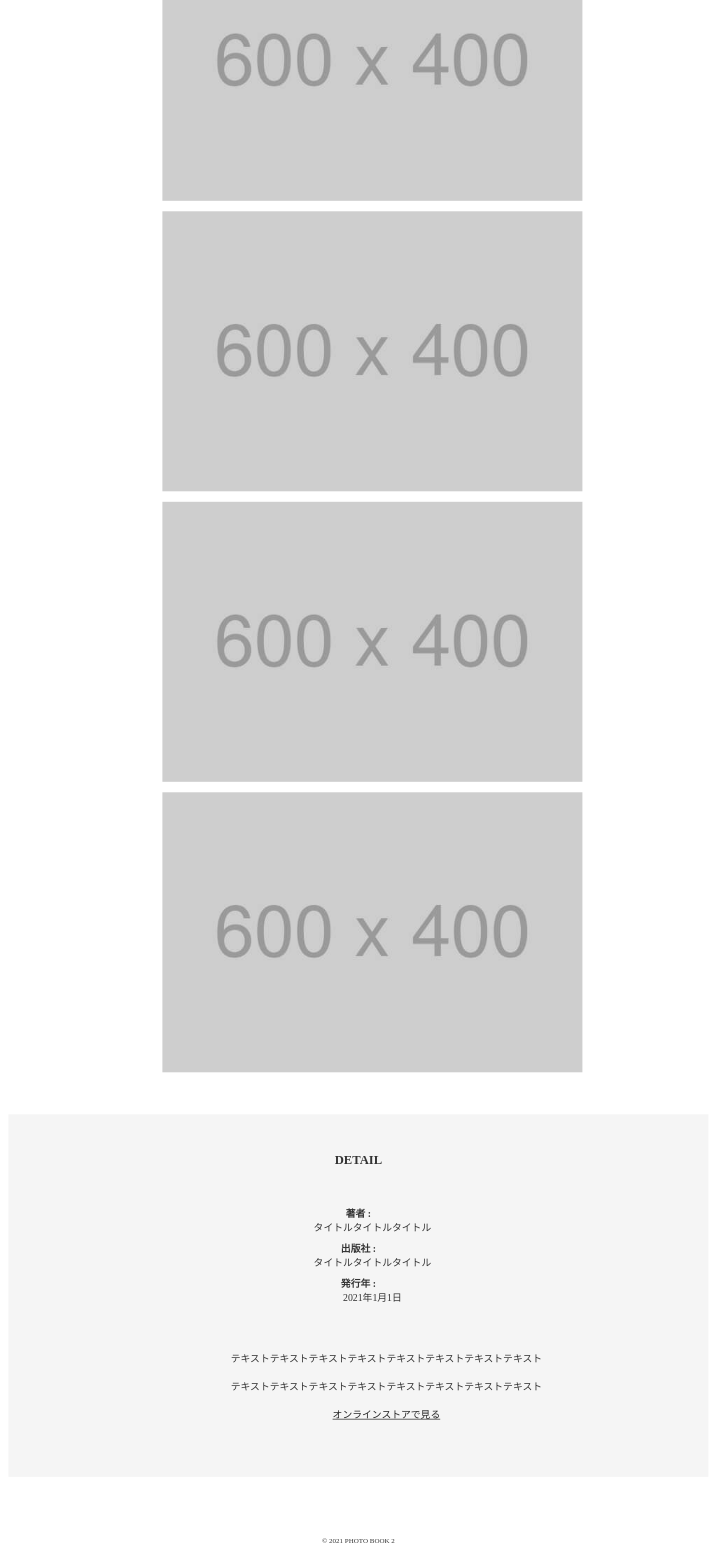
Repository: Fuki-san/photo-book-2
Page: http://localhost/photobook
An editor plug-in stored every save of this project. The page is shown before and after the next save, followed by the edit.
The browser window is 1024 px wide. The pictures show the part of the page from y = 1117 to 3357 px (the page is 3356 px tall before and 3357 px after), at 70% of full size.
The page is served by the project's Laravel application, run on PHP 8.4 with Laravel 10.

Above is the page before, as saved 2023-12-01 15:14:04.

After the next save:
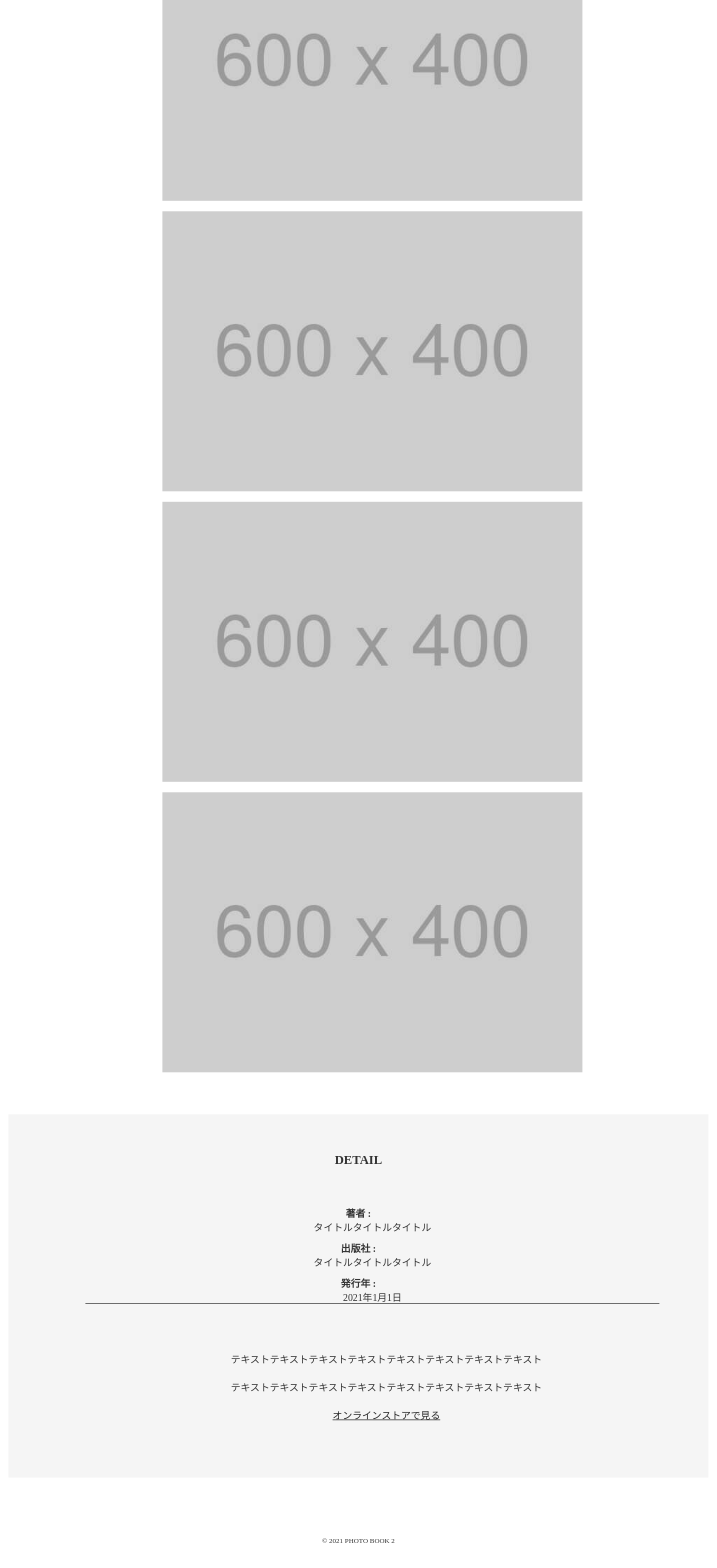
Saved 6 s later.
--- a/public/css/style.css
+++ b/public/css/style.css
@@ -184,7 +184,7 @@ ul {
     #detail dl{
         width: 100%;
         border-right: none;
-        border-bottom: ;
+        border-bottom: solid 1px #333;
         text-align: center;
     }
     #detail .text{
